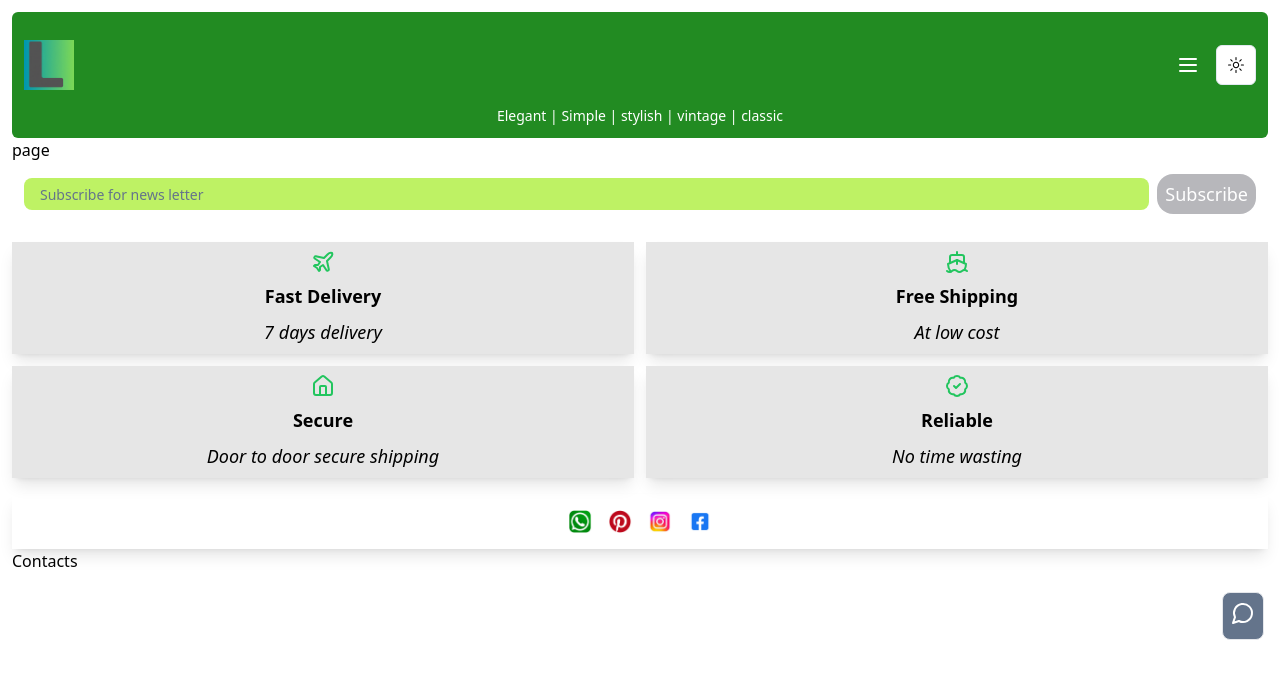
Repository: Semanmernstack/bisi-abejide
Page: /bb
The author's editor kept a copy of each file at every save. The page is drawn from the files as they stood at one save, then again after the next save.
The browser window is 1280 px wide. The pictures show the whole page.
The project was rebuilt for these pictures with package versions that can differ from the ones it lists, and the page was loaded fresh each time. The framework's server and built-in components were replaced by stand-ins that run in the browser. Also part of the build but not shown: next.config.mjs.

Above is the page before, as saved 2024-04-19 00:17:07.

### app/layout.tsx
import type { Metadata } from "next";
import { Inter } from "next/font/google";
import "./globals.css";
import { ThemeProvider } from "@/components/theme-provider";
import Nav from "@/components/Nav";
import Footer from "@/components/Footer";

const inter = Inter({ subsets: ["latin"] });

export const metadata: Metadata = {
  title: "Welcome to Lolaflo store",
  description: "Hppy Shopping",
};

export default function RootLayout({
  children,
}: Readonly<{
  children: React.ReactNode;
}>) {
  return (
    <html lang="en">
      <body className=" flex flex-col p-3  min-h-screen   dark:bg-gray-800 dark:text-white">
      <ThemeProvider
            attribute="class"
            defaultTheme="system"
            enableSystem
            disableTransitionOnChange
          >
            <Nav/>
        {children}
        <Footer/>
      </ThemeProvider>
        </body>
    </html>
  );
}

### components/Nav.tsx
"use client"

import Image from "next/image"
import Cat from "./Cat"
import Toggle from "./Toggle"
import { motion } from "framer-motion"
import anky from '../public/anky.gif'
import Link from "next/link"

function Nav() {
    return (
      <div    className='p-3 top-0 z-50 sticky w-full bg-[#228B22] rounded-md  '>

          <div    className='flex py-4 gap-2 items-center justify-between '>
              <motion.div
                     initial={{
                        x: -500,
                         opacity: 0,
                        scale:0.5,
                    }}
                    animate={{
                        x:0,
                        opacity: 1,
                        scale: 1,
                    }}
                    transition={{
                        duration: 1,
                    }}
                    className='flex flex-col  justify-start   font-serif items-center  text-white'>
                    <Link href={'/'} className="flex flex-col ">


                      <Image className="flex justify-start" src={anky} alt="" width={50} height={40}/>

                    </Link>






              </motion.div>
              <motion.div
                  initial={{
                    x: 500,
                    opacity: 0,
                    scale:0.5,
                }}
                animate={{
                    x:0,
                    opacity: 1,
                    scale: 1,
                }}
                transition={{
                    duration: 1,
                }}
                className='flex items-center  space-x-2'>
                  <Cat/>
                  <Toggle/>
              </motion.div>
          </div>

          <div  className="flex  text-center justify-center text-white text-xs ">
                <h1 className="text-sm font-medium">Elegant | Simple | stylish | vintage | classic</h1>
            </div>

      </div>
    )
  }

  export default Nav

### components/Footer.tsx
"use client"
import React, { useState } from 'react'
import Mailing from './Mailing'
import Delivery from './Delivery'
import Ai from './Ai'
import NewsLet from './NewsLet'
import SubAi from './SubAi'
import Contacts from './Contacts'
import Icon from './Icon'

function Footer() {

  return (
    <div >
        <div>
            <NewsLet/>
            <SubAi   />
            <Delivery />
            <Icon/>
            <Contacts/>
        </div>
    </div>
  )
}

export default Footer

try {

} catch (error) {

}

### components/Cat.tsx
"use client"
import React from 'react'
import {
    DropdownMenu,
    DropdownMenuContent,
    DropdownMenuItem,
    DropdownMenuLabel,
    DropdownMenuSeparator,
    DropdownMenuTrigger,
  } from "@/components/ui/dropdown-menu"
import { MenuIcon } from 'lucide-react'
import { usePathname } from 'next/navigation'
import Link from 'next/link'
import Icon from './Icon'

interface P {
    name: string,
    href: string
}

const links: P[] = [
    {
        name: 'Home', href: "/"
    },
    {
        name: 'Ankara ', href: "/Ankara"

    },

    {
        name: 'Kaftan ', href: "/Kaftan"

    },
    {
        name: 'Turban ', href: "/Turban"

    },




]


function Cat() {
    const pathname = usePathname()
  return (

    <div>
        <DropdownMenu >
            <DropdownMenuTrigger className=" flex flex-col w-10 h-9  text-white text-xl  justify-center items-center text-center">
                <MenuIcon/>
            </DropdownMenuTrigger>
            <DropdownMenuContent className=''>
                <DropdownMenuLabel className=" flex font-bold font-serif sm:font-bold justify-center gap-1 p-1 border items-center"> CATEGORIES</DropdownMenuLabel>
                <DropdownMenuSeparator />

                <DropdownMenuItem className="flex items-center justify-center   flex-col p-3 gap-2    rounded-md">
                {links.map((l, index) => (
                <div key={index} className='flex   rounded-lg  text-zinc-500 md:w-1/2 text-center font-extrabold     p-2 transition ease-in-out delay-150 hover:-translate-y-1 hover:scale-95  duration-300 '>
                    {pathname === l.href ? (
                        <Link href={l.href} className='text-sm sm:text-lg text-red-800 font-semibold animate-pulse'>
                            {l.name}
                        </Link>

                    ):(
                        <Link href= {l.href }
                        className="flex   p-2 gap-1 italic sm:font-semibold hover:border rounded-lg border-teal-700  text-slate-800 dark:text-white text-sm sm:text-lg font-bold transition duration-100  "
                        >
                            {l.name}
                        </Link>

                    )}

                </div>
            ))}
            <Icon/>

                </DropdownMenuItem>


            </DropdownMenuContent>
        </DropdownMenu>

    </div>
  )
}

export default Cat

### components/Toggle.tsx
"use client"
import React from 'react'
import { MoonIcon, SunIcon } from "@radix-ui/react-icons"
import { useTheme } from "next-themes"
import { Button } from "@/components/ui/button"
import {
    DropdownMenu,
    DropdownMenuContent,
    DropdownMenuItem,
    DropdownMenuTrigger,
  } from "@/components/ui/dropdown-menu"

function Toggle() {
    const { setTheme } = useTheme()
  return (
    <div>
        <DropdownMenu>
      <DropdownMenuTrigger asChild>
        <Button variant="outline" size="icon">
          <SunIcon className=" h-4 w-4 rotate-0 scale-100 transition-all dark:-rotate-90 dark:scale-0" />
          <MoonIcon className="absolute h-4 w-4 rotate-90 scale-0 transition-all dark:rotate-0 dark:scale-100" />
          <span className="sr-only">Toggle theme</span>
        </Button>
      </DropdownMenuTrigger>
      <DropdownMenuContent align="end">
        <DropdownMenuItem onClick={() => setTheme("light")}>
          Light
        </DropdownMenuItem>
        <DropdownMenuItem onClick={() => setTheme("dark")}>
          Dark
        </DropdownMenuItem>
        <DropdownMenuItem onClick={() => setTheme("system")}>
          System
        </DropdownMenuItem>
      </DropdownMenuContent>
    </DropdownMenu>

    </div>
  )
}

export default Toggle

### components/Delivery.tsx

import {  BadgeCheckIcon, PlaneIcon, HomeIcon, ShipIcon } from 'lucide-react'
import React from 'react'

const details = [
    {
        name: 'Fast Delivery',
        icon: <PlaneIcon/>,
        desc: '7 days delivery',
    },
    {
        name: 'Free Shipping',
        icon: <ShipIcon/>,
        desc: 'At low cost',
    },
    {
        name: 'Secure',
        icon: <HomeIcon/>,
        desc: 'Door to door secure shipping',
    },
    {
        name: 'Reliable',
        icon: <BadgeCheckIcon/>,
        desc: 'No time wasting',
    },
]

function Delivery() {
  return (
    <div className='  dark:bg-gray-800   py-4 grid grid-cols-1 sm:grid-cols-2 gap-3'>
        {details?.map((b, i) => (
            <div className='flex flex-col border-1  text-center justify-center items-center  bg-[#e6e6e6] p-2 gap-2 shadow-lg ' key={i}>
                <h2 className='text-green-500 '>{b.icon}</h2>
                <h2 className='text-xs sm:text-sm md:text-lg dark:text-white font-bold'>{b.name}</h2>
                <span className='text-xs sm:text-sm  dark:text-white md:text-lg italic'>{b.desc}</span>


            </div>

        ))}


    </div>

  )
}

export default Delivery

### components/NewsLet.tsx
import React from 'react'
import Mail from './Mail'

function NewsLet() {
  return (
    <div>
        <Mail/>
    </div>
  )
}

export default NewsLet

### components/SubAi.tsx
"use client"

import React, { useState } from 'react'
import Ai from './Ai';
import { motion } from "framer-motion"

function SubAi() {
  const [chatBoxOpen, setChatBoxOpen] = useState(false);
  return (
    <motion.div
    initial={{
      x: 500,
      opacity: 0,
      scale:0.5,
  }}
  animate={{
      x:0,
      opacity: 1,
      scale: 1,
  }}
  transition={{
      duration: 1,
  }}
       className='flex items-center justify-between right-4 bottom-20 z-50 fixed  bg-slate-500 rounded-lg text-white  max-w-2xl border p-2 '  >



      <Ai />
    </motion.div>
  )
}

export default SubAi

### components/Icon.tsx
"use client"
import React from 'react'

import whatsapp from '../public/whatsapp.png'
import instagram from '../public/intagram.jpg'
import facebook from '../public/facebook.png'
import pinterest from '../public/pinterest.png'
import Image from 'next/image'
import Link from 'next/link'

function Icon() {
  return (
    <div


        className='flex p-4 gap-4 shadow-lg items-center text-center justify-center   text-sm      '>

        <Link className='contain  transition ease-in-out delay-150  hover:translate-y-1 hover:scale-95  duration-300      ' href={''}>
            <Image src={whatsapp} alt="whatsapp" width={24} height={24} />
        </Link>
        <Link className='contain  transition ease-in-out delay-150  hover:translate-y-1 hover:scale-95  duration-300    ' href={''}>
            <Image src={pinterest} alt="whatsapp" width={24} height={24} />
        </Link>
        <Link className='contain transition ease-in-out delay-150  hover:translate-y-1 hover:scale-95  duration-300   ' href={''}>

            <Image src={instagram} alt="whatsapp" width={24} height={24} />
        </Link>
        <Link className='contain transition ease-in-out delay-150  hover:translate-y-1 hover:scale-95  duration-300     ' href={''}>
            <Image src={facebook} alt="whatsapp" width={24} height={24} />
        </Link>


    </div>
  )
}

export default Icon

### components/ui/button.tsx
import * as React from "react"
import { Slot } from "@radix-ui/react-slot"
import { cva, type VariantProps } from "class-variance-authority"

import { cn } from "@/lib/utils"

const buttonVariants = cva(
  "inline-flex items-center justify-center whitespace-nowrap rounded-md text-sm font-medium ring-offset-white transition-colors focus-visible:outline-none focus-visible:ring-2 focus-visible:ring-slate-950 focus-visible:ring-offset-2 disabled:pointer-events-none disabled:opacity-50 dark:ring-offset-slate-950 dark:focus-visible:ring-slate-300",
  {
    variants: {
      variant: {
        default: "bg-slate-900 text-slate-50 hover:bg-slate-900/90 dark:bg-slate-50 dark:text-slate-900 dark:hover:bg-slate-50/90",
        destructive:
          "bg-red-500 text-slate-50 hover:bg-red-500/90 dark:bg-red-900 dark:text-slate-50 dark:hover:bg-red-900/90",
        outline:
          "border border-slate-200 bg-white hover:bg-slate-100 hover:text-slate-900 dark:border-slate-800 dark:bg-slate-950 dark:hover:bg-slate-800 dark:hover:text-slate-50",
        secondary:
          "bg-slate-100 text-slate-900 hover:bg-slate-100/80 dark:bg-slate-800 dark:text-slate-50 dark:hover:bg-slate-800/80",
        ghost: "hover:bg-slate-100 hover:text-slate-900 dark:hover:bg-slate-800 dark:hover:text-slate-50",
        link: "text-slate-900 underline-offset-4 hover:underline dark:text-slate-50",
      },
      size: {
        default: "h-10 px-4 py-2",
        sm: "h-9 rounded-md px-3",
        lg: "h-11 rounded-md px-8",
        icon: "h-10 w-10",
      },
    },
    defaultVariants: {
      variant: "default",
      size: "default",
    },
  }
)

export interface ButtonProps
  extends React.ButtonHTMLAttributes<HTMLButtonElement>,
    VariantProps<typeof buttonVariants> {
  asChild?: boolean
}

const Button = React.forwardRef<HTMLButtonElement, ButtonProps>(
  ({ className, variant, size, asChild = false, ...props }, ref) => {
    const Comp = asChild ? Slot : "button"
    return (
      <Comp
        className={cn(buttonVariants({ variant, size, className }))}
        ref={ref}
        {...props}
      />
    )
  }
)
Button.displayName = "Button"

export { Button, buttonVariants }

### components/Mail.tsx
"use client"
import React, { FormEvent, useState } from 'react'
import { Input } from './ui/input'
import { Button } from './ui/button'

function Mail() {
    const [input, setInput] = useState<string>("")
    const [mailError, setMailError] = useState<string> ("")
    const [mailOk, setMailOk] = useState<string>("")

    const handleSubmit = async (e: FormEvent<HTMLFormElement>) => {
        e.preventDefault()
        const email = input;


        const res = await fetch("/api/mailSub", {
            method: 'POST',
            headers: {
                "Content-Type": "application/json",
            },

            body: JSON.stringify({email}),

        })

        const data = await res.json()
        if (data.error) {
            setMailError('Hey you already subscribe to trizzas cake')

            return
        }
        setMailOk(data.res)
        setInput("")


    }


  return (
    <div className='flex flex-col items-center w-full  '>
        <form className="flex  flex-col p-3 w-full " onSubmit={handleSubmit}>
            <div className='gap-2 flex  flex-col md:flex-row items-center'>
                <Input type="email"
                    placeholder='Subscribe for news letter'
                    value={input}

                    onChange={(e) => setInput(e.target.value)}
                    required
                    className="outline-none flex-1 w-full text-white bg-lime-300 border-2 h-10 md:h-8   p-4 rounded-lg  border-none from-fuchsia-400 "

                 />
                 <Button className="text-sm   text-center justify-center flex cursor-pointer  text-white bg-zinc-500 p-2  sm:text-lg transition ease-in-out delay-150 hover:-translate-y-1 hover:scale-95  duration-300  rounded-xl md:rounded-2xl " type='submit' disabled={!input}    >
                    Subscribe
                 </Button>
            </div>

        </form>
        {(mailOk || mailError ) && (
            <div className="mt-5 text-sm text-center justify-center font-extrabold">
             {mailOk ?(<p className="  bg-red-900 px-2 py-2 mb-2 text-white"> Subscription Sucessful !! </p>):(<p className="bg-green-500 p-1">You already Subscribed</p>)}
            </div>
        )}

    </div>
  )
}

export default Mail

### components/Ai.tsx
import {  Bot, MessageCircleIcon, SendHorizontal, XCircle } from 'lucide-react'
import React, { useState } from 'react'
import SubAi from './SubAi'
import ReactMarkdown from "react-markdown";

import { SocialIcon } from 'react-social-icons'
import { Message, useChat } from 'ai/react';

import Link from 'next/link';
import { cn } from '@/lib/utils';

import {
  Popover,
  PopoverContent,
  PopoverTrigger,
} from "@/components/ui/popover"


function Ai() {





  return (

    <div className=''>
      <Popover >
        <PopoverTrigger><MessageCircleIcon/></PopoverTrigger>
        <PopoverContent className=' text-green-600 mx-auto h-full bg-slate-200 max-w-2xl'> Welcome to LOLAFLO store</PopoverContent>
      </Popover>






    </div>

  )
}

export default Ai

### components/ui/input.tsx
import * as React from "react"

import { cn } from "@/lib/utils"

export interface InputProps
  extends React.InputHTMLAttributes<HTMLInputElement> {}

const Input = React.forwardRef<HTMLInputElement, InputProps>(
  ({ className, type, ...props }, ref) => {
    return (
      <input
        type={type}
        className={cn(
          "flex h-10 w-full rounded-md border border-slate-200 bg-white px-3 py-2 text-sm ring-offset-white file:border-0 file:bg-transparent file:text-sm file:font-medium placeholder:text-slate-500 focus-visible:outline-none focus-visible:ring-2 focus-visible:ring-slate-950 focus-visible:ring-offset-2 disabled:cursor-not-allowed disabled:opacity-50 dark:border-slate-800 dark:bg-slate-950 dark:ring-offset-slate-950 dark:placeholder:text-slate-400 dark:focus-visible:ring-slate-300",
          className
        )}
        ref={ref}
        {...props}
      />
    )
  }
)
Input.displayName = "Input"

export { Input }

### components/ui/popover.tsx
"use client"

import * as React from "react"
import * as PopoverPrimitive from "@radix-ui/react-popover"

import { cn } from "@/lib/utils"

const Popover = PopoverPrimitive.Root

const PopoverTrigger = PopoverPrimitive.Trigger

const PopoverContent = React.forwardRef<
  React.ElementRef<typeof PopoverPrimitive.Content>,
  React.ComponentPropsWithoutRef<typeof PopoverPrimitive.Content>
>(({ className, align = "center", sideOffset = 4, ...props }, ref) => (
  <PopoverPrimitive.Portal>
    <PopoverPrimitive.Content
      ref={ref}
      align={align}
      sideOffset={sideOffset}
      className={cn(
        "z-50 w-72 rounded-md border border-slate-200 bg-white p-4 text-slate-950 shadow-md outline-none data-[state=open]:animate-in data-[state=closed]:animate-out data-[state=closed]:fade-out-0 data-[state=open]:fade-in-0 data-[state=closed]:zoom-out-95 data-[state=open]:zoom-in-95 data-[side=bottom]:slide-in-from-top-2 data-[side=left]:slide-in-from-right-2 data-[side=right]:slide-in-from-left-2 data-[side=top]:slide-in-from-bottom-2 dark:border-slate-800 dark:bg-slate-950 dark:text-slate-50",
        className
      )}
      {...props}
    />
  </PopoverPrimitive.Portal>
))
PopoverContent.displayName = PopoverPrimitive.Content.displayName

export { Popover, PopoverTrigger, PopoverContent }

Loaded but not shown: app/bb/page.tsx (common file); app/globals.css (common file); components/theme-provider.tsx (common file); components/Contacts.tsx (common file); lib/utils.ts (common file); tailwind.config.ts (common file); components/ui/dropdown-menu.tsx (200 lines, source omitted)

After the next save:
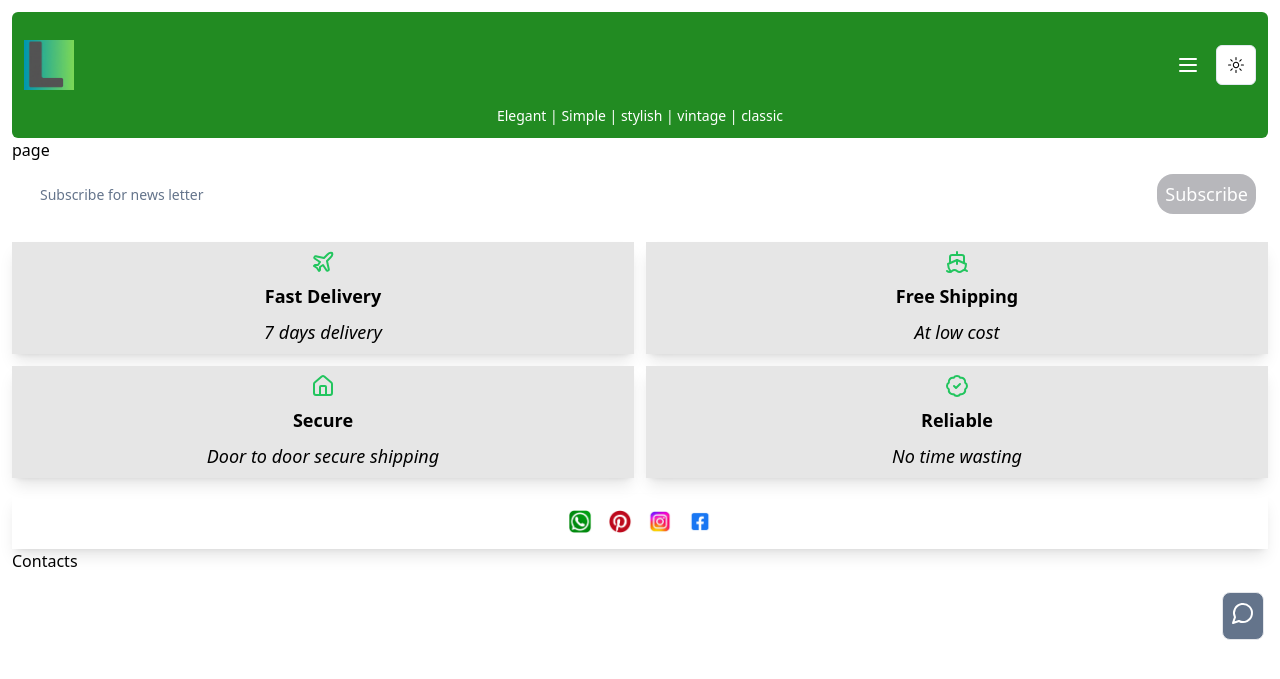
Saved 43 s later.
--- a/components/Mail.tsx
+++ b/components/Mail.tsx
@@ -46,7 +46,7 @@ function Mail() {
 
                     onChange={(e) => setInput(e.target.value)}
                     required
-                    className="outline-none flex-1 w-full text-white bg-lime-300 border-2 h-10 md:h-8   p-4 rounded-lg  border-none from-fuchsia-400 "
+                    className="outline-none flex-1 w-full text-white border-2 h-10 md:h-8   p-4 rounded-lg  border-none from-fuchsia-400 "
 
                  />
                  <Button className="text-sm   text-center justify-center flex cursor-pointer  text-white bg-zinc-500 p-2  sm:text-lg transition ease-in-out delay-150 hover:-translate-y-1 hover:scale-95  duration-300  rounded-xl md:rounded-2xl " type='submit' disabled={!input}    >
